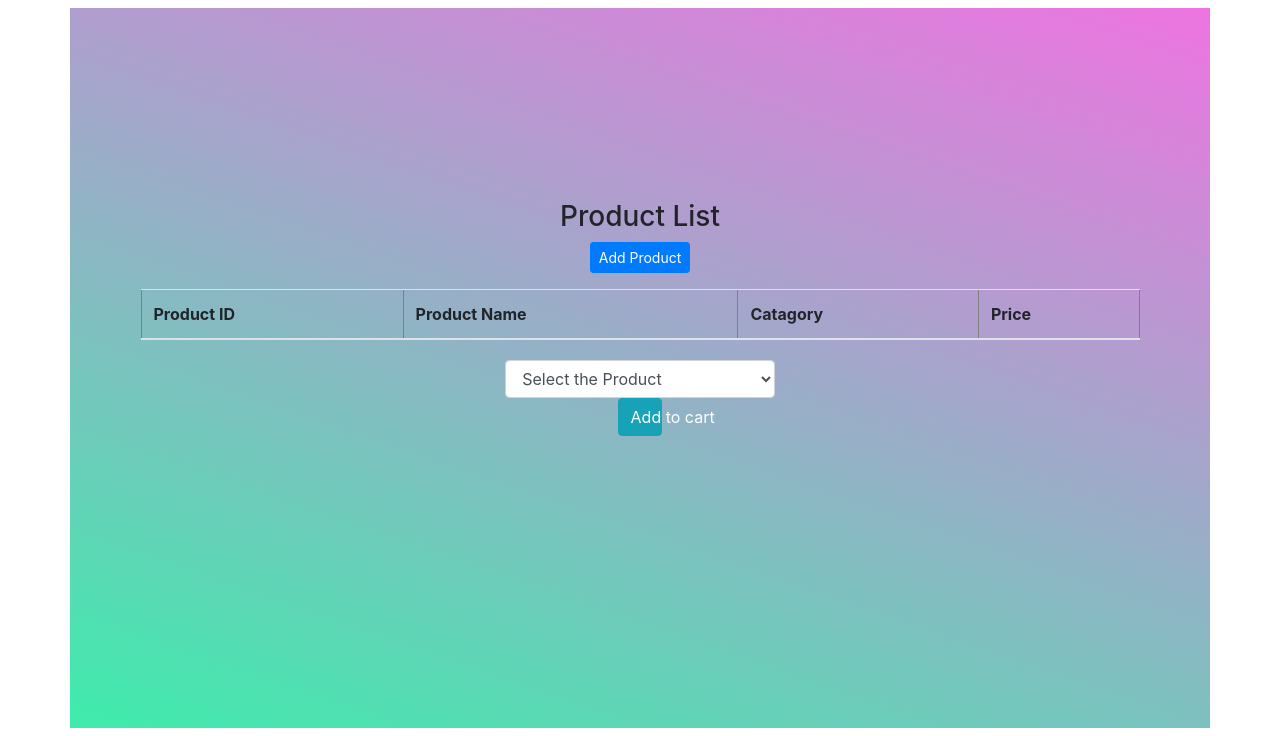
Repository: ponmalar24/Microservice_Bootcamp_SpringbootProject
Page: http://localhost/product
These files come from the project's save history. The page is drawn as it stood at one moment and after the next save; the edit follows.
The browser window is 1280 px wide. The pictures show the whole page.
The page is this project's Thymeleaf template; nobody is signed in. The template is opened directly, without the code that normally fills it, so the values that code supplies are empty.

Above is the page before, as saved 2022-04-24 08:04:27.

After the next save:
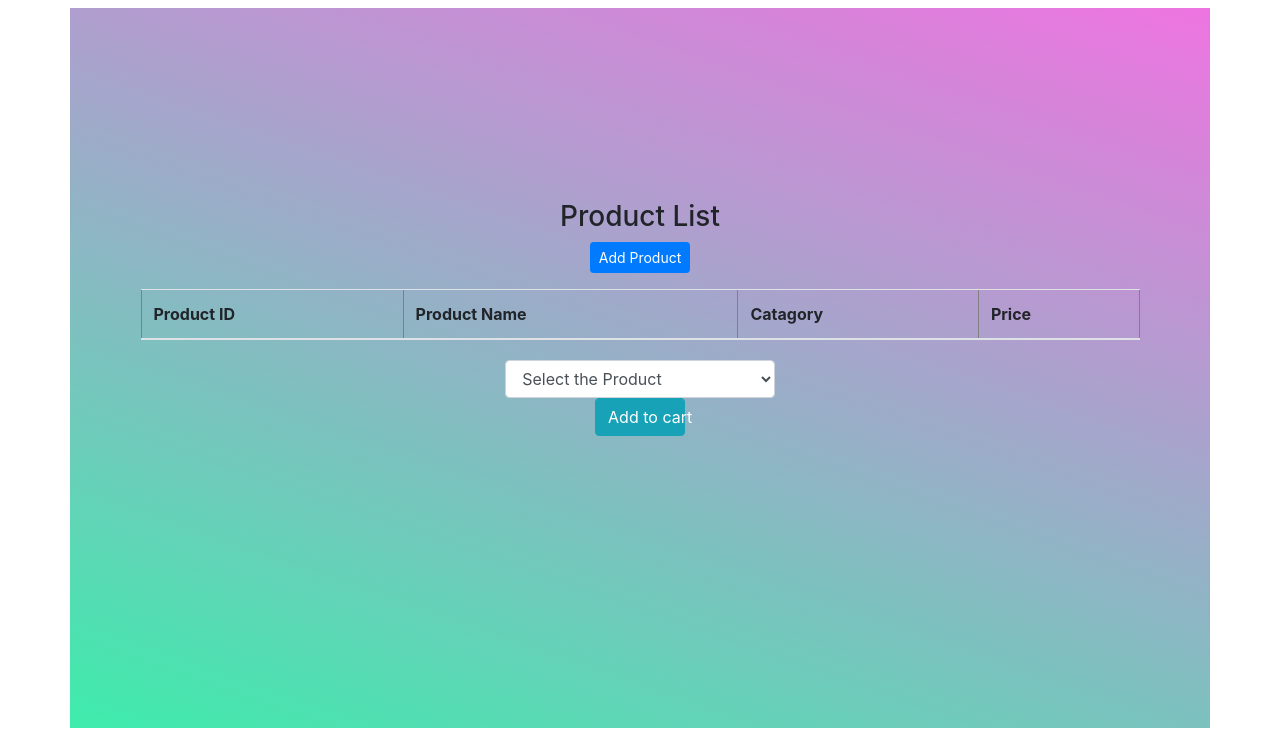
Saved 87 s later.
--- a/product/src/main/resources/templates/product.html
+++ b/product/src/main/resources/templates/product.html
@@ -73,7 +73,7 @@ align-items:center;
                 th:value="${product.productname}"
                 th:text="${product.productname} "></option>
     </select>
-<button type="submit" class="btn btn-info col-2">Add
+<button type="submit" class="btn btn-info col-4">Add
 				to cart</button> </form>
 </body>
 <script >
